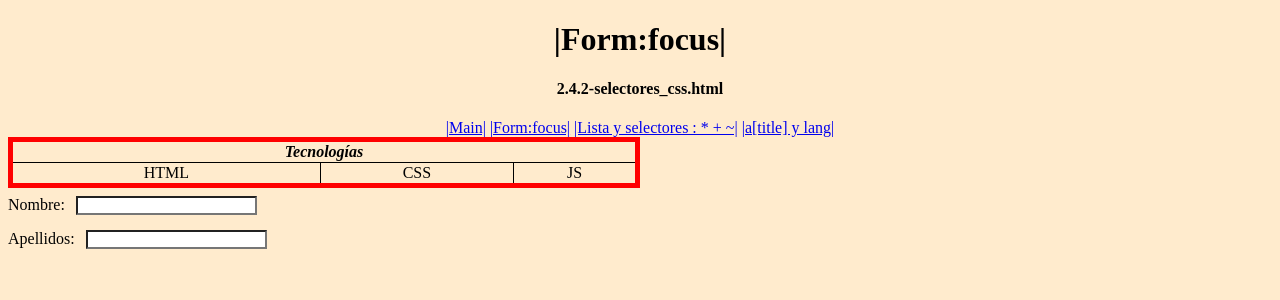
Repository: cesarsant0203/My_Study
Page: Introducción al desarrollo web/2-Css/2.4.2-selectores_css.html
The author's editor kept a copy of each file at every save. The page is drawn from the files as they stood at one save, then again after the next save.
The browser window is 1280 px wide. The pictures show the whole page.

Above is the page before, as saved 2020-04-28 17:11:57.

After the next save:
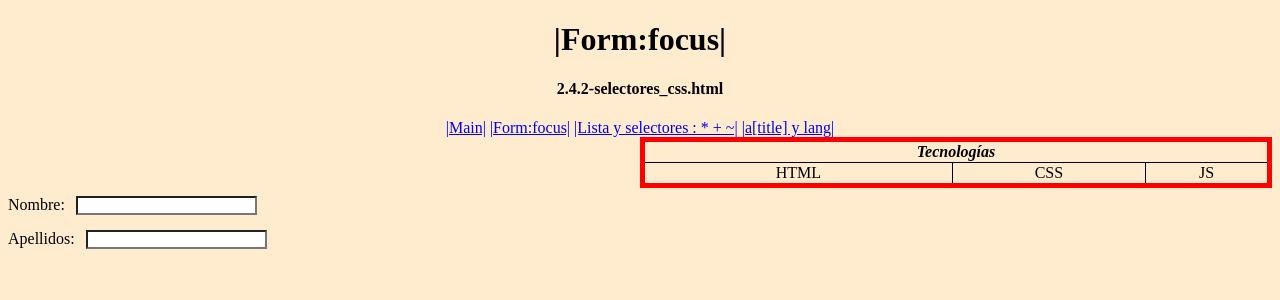
Saved 6 s later.
--- a/Introducción al desarrollo web/2-Css/2.4.2-selectores_css.css
+++ b/Introducción al desarrollo web/2-Css/2.4.2-selectores_css.css
@@ -9,7 +9,7 @@ table#tec {
     border-collapse: collapse;
     width: 50%;
     text-align: center;
-    margin-left: ;
+    margin-left: auto;
 }
 td{
     border: black 1px solid;
